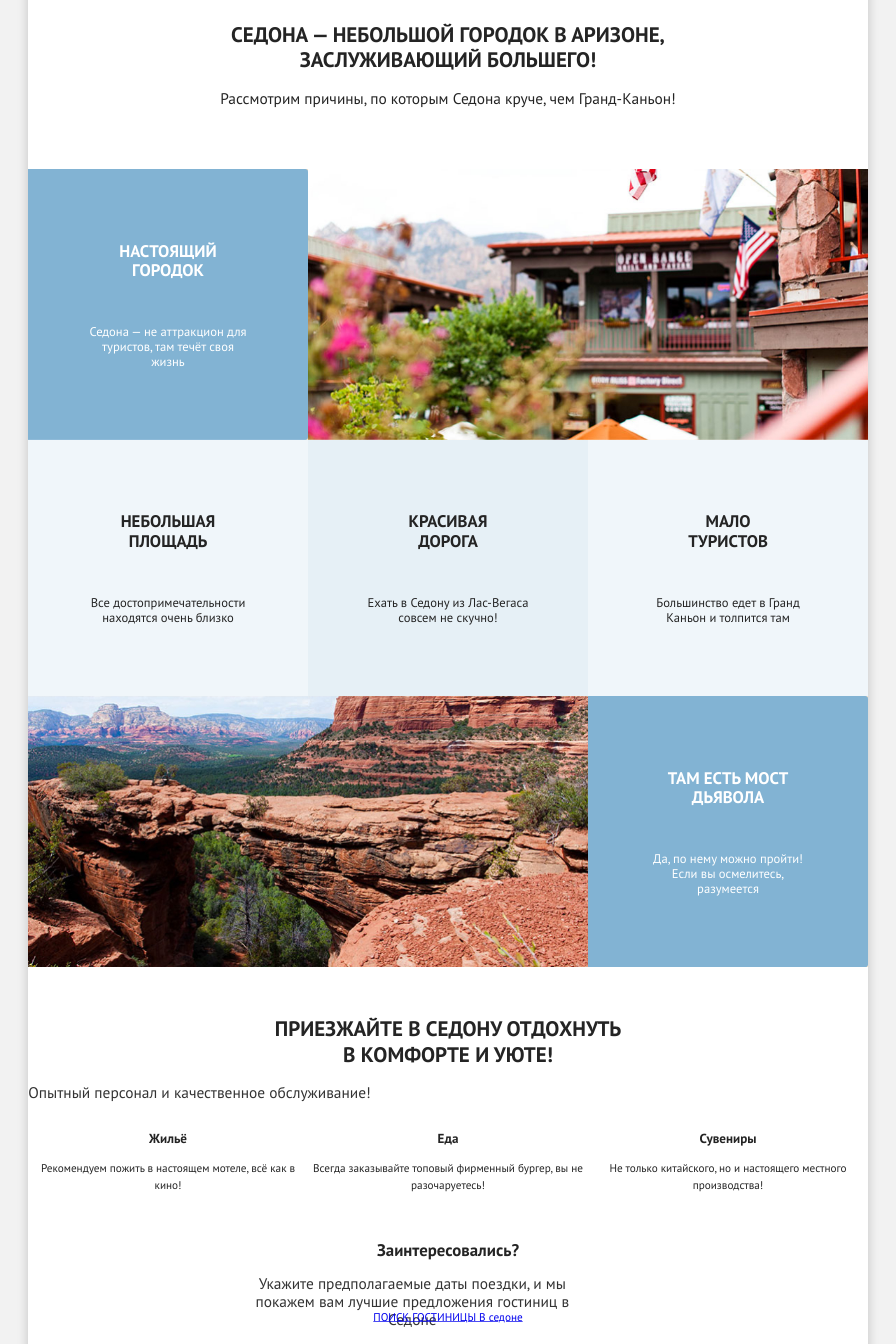
Repository: zakhgagne/2512253-sedona-1
Page: index.html
The author's editor kept a copy of each file at every save. The page is drawn from the files as they stood at one save, then again after the next save.
The browser window is 1280 px wide. The pictures show the part of the page from y = 588 to 2508 px (the page is 3189 px tall before and 3207 px after), at 70% of full size.

Above is the page before, as saved 2024-05-11 15:53:02.

After the next save:
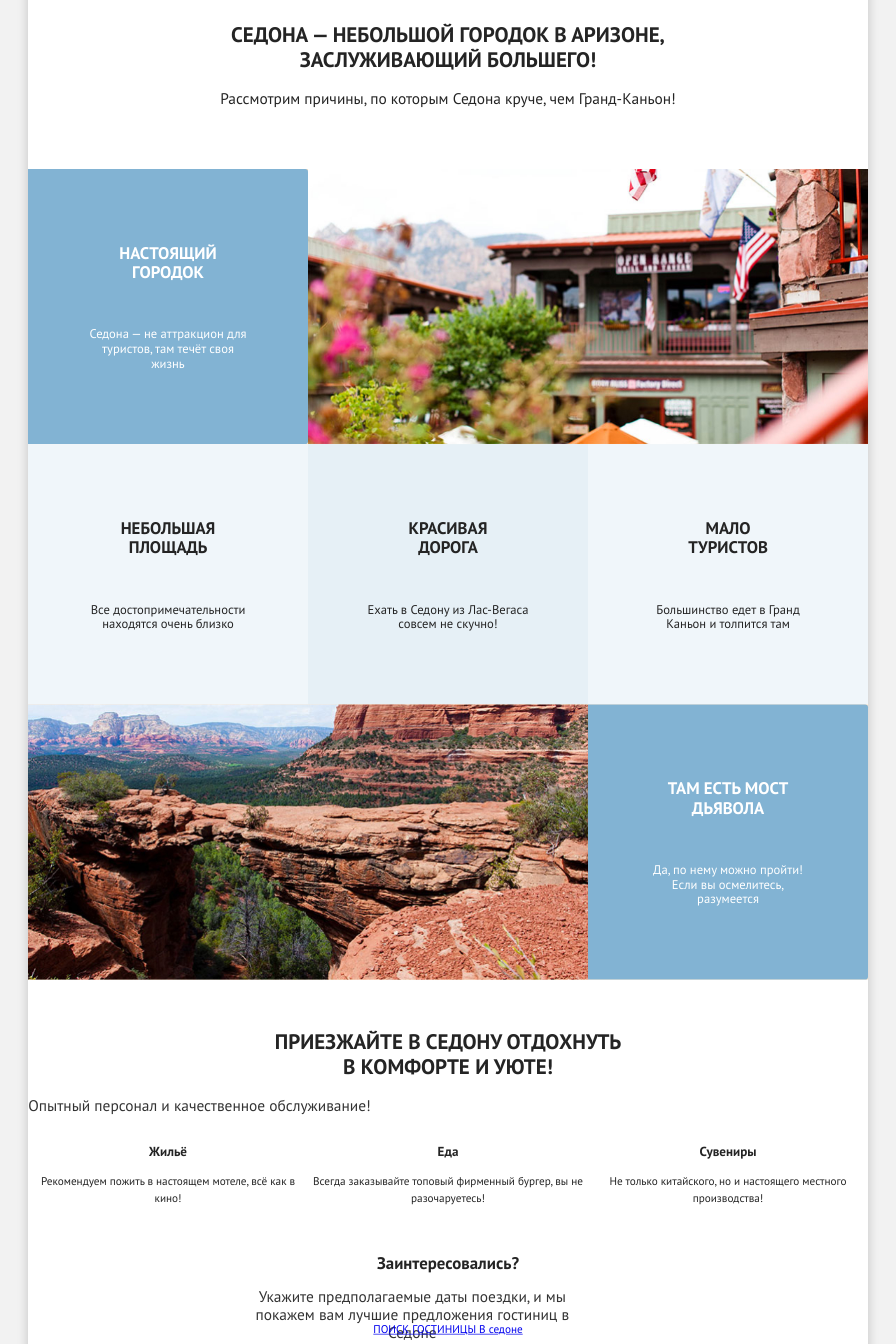
Saved 4 min 39 s later.
--- a/styles/styles.css
+++ b/styles/styles.css
@@ -153,8 +153,8 @@ body {
 
 .reason-container {
   width: 400px;
-  padding-top: 103px;
-  padding-bottom: 102px;
+  padding-top: 106px;
+  padding-bottom: 105px;
 }
 
 .reason-title {
